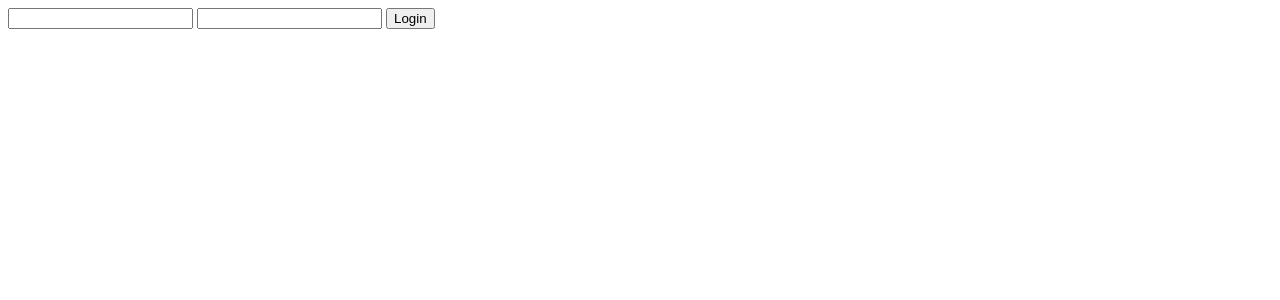
Repository: volhfx07132/Project-1
Page: http://localhost/Lap/login.jsp
An editor plug-in stored every save of this project. The page is shown before and after the next save, followed by the edit.
The browser window is 1280 px wide. The pictures show the whole page.
The page is served by Tomcat 9. Other server files are loaded and not shown.

Above is the page before, as saved 2021-09-20 12:27:09.

### Lap/src/main/webapp/login.jsp
<%@ page language="java" contentType="text/html; charset=ISO-8859-1"
    pageEncoding="ISO-8859-1"%>

<!DOCTYPE html>
<html>
<head>
<meta charset="ISO-8859-1">
<title>Insert title here</title>
</head>
<body>
     <form action="TrainProject" method="post">
           <input type="hidden" name="action" value="dologin">
           <input type="text" name="email" value="">
           <input type="password" name="password" value="">
           <input type="submit" value="Login">
     </form>
     <h3>${message}</h3>

</body>
</html>

After the next save:
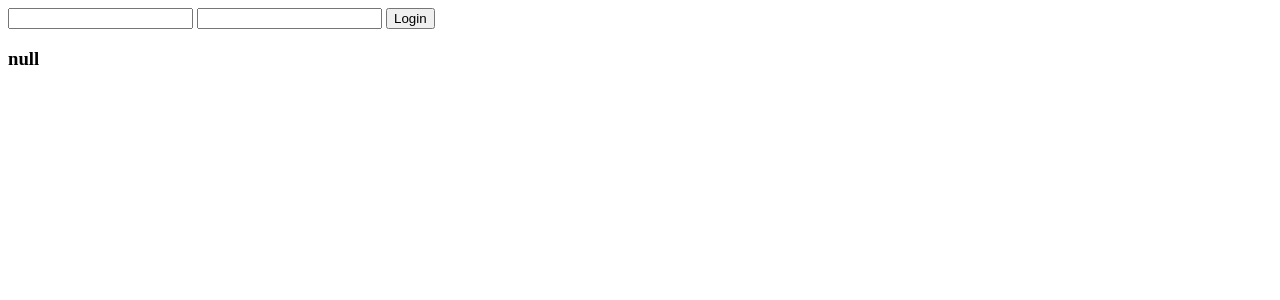
Saved 57 s later.
--- a/Lap/src/main/webapp/login.jsp
+++ b/Lap/src/main/webapp/login.jsp
@@ -14,7 +14,7 @@
            <input type="password" name="password" value="">
            <input type="submit" value="Login">
      </form>
-     <h3>${message}</h3>
+     <h3><%=request.getAttribute("message") %></h3>
 
 </body>
 </html>
